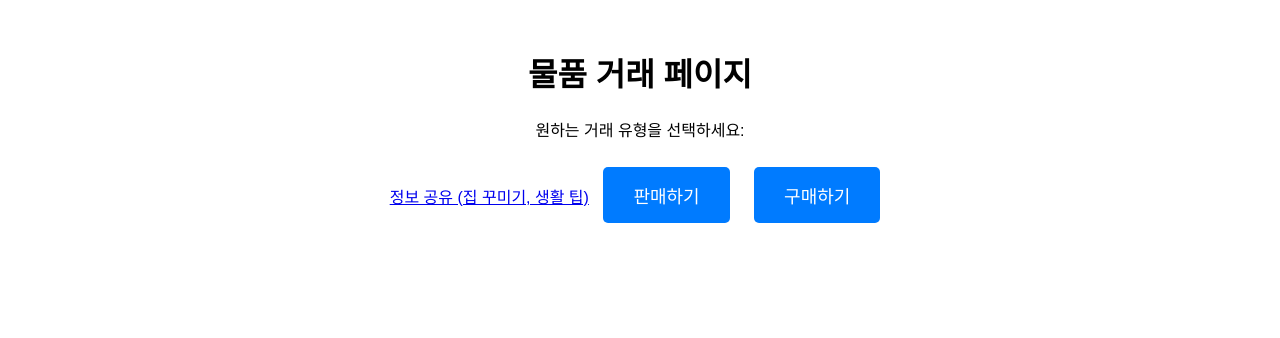
Repository: HB1112/cloud
Page: http://localhost/Solocare/WEB-INF/views/board/trade.jsp
These files come from the project's save history. The page is drawn as it stood at one moment and after the next save; the edit follows.
The browser window is 1280 px wide. The pictures show the whole page.
The page is served by Tomcat 9. Nobody is signed in. Other server files are loaded and not shown. The template is opened directly, without the code that normally fills it, so the values that code supplies are empty.

Above is the page before, as saved 2024-12-23 08:44:00.

### Solocare/src/main/webapp/WEB-INF/views/board/trade.jsp
<%@ page language="java" contentType="text/html; charset=UTF-8"
    pageEncoding="UTF-8"%>
<!DOCTYPE html>
<html lang="ko">
<head>
    <meta charset="UTF-8">
    <meta name="viewport" content="width=device-width, initial-scale=1.0">
    <title>물품 거래 페이지</title>
    <style>
        body {
            font-family: Arial, sans-serif;
        }
        .container {
            max-width: 600px;
            margin: 0 auto;
            padding: 20px;
            text-align: center;
        }
        .button {
            display: inline-block;
            padding: 15px 30px;
            margin: 10px;
            font-size: 18px;
            color: white;
            background-color: #007BFF;
            border: none;
            border-radius: 5px;
            text-decoration: none;
        }
        .button:hover {
            background-color: #0056b3;
        }
    </style>
</head>
<body>
    <div class="container">
        <h1>물품 거래 페이지</h1>
        <p>원하는 거래 유형을 선택하세요:</p>
        <a class="dropdown-item" href="board?category=tip&page=1">정보 공유 (집 꾸미기, 생활 팁)</a>
        <a href="board?category=sell" class="button">판매하기</a>
        <a href="board?category=buy" class="button">구매하기</a>
    </div>
</body>
</html>

After the next save:
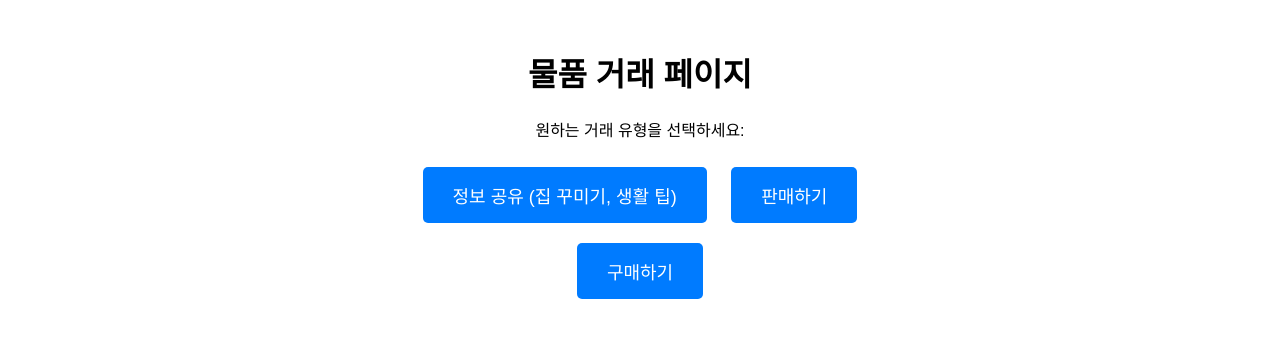
Saved 10 s later.
--- a/Solocare/src/main/webapp/WEB-INF/views/board/trade.jsp
+++ b/Solocare/src/main/webapp/WEB-INF/views/board/trade.jsp
@@ -36,7 +36,7 @@
     <div class="container">
         <h1>물품 거래 페이지</h1>
         <p>원하는 거래 유형을 선택하세요:</p>
-        <a class="dropdown-item" href="board?category=tip&page=1">정보 공유 (집 꾸미기, 생활 팁)</a>
+        <a class="button" href="board?category=tip&page=1">정보 공유 (집 꾸미기, 생활 팁)</a>
         <a href="board?category=sell" class="button">판매하기</a>
         <a href="board?category=buy" class="button">구매하기</a>
     </div>
